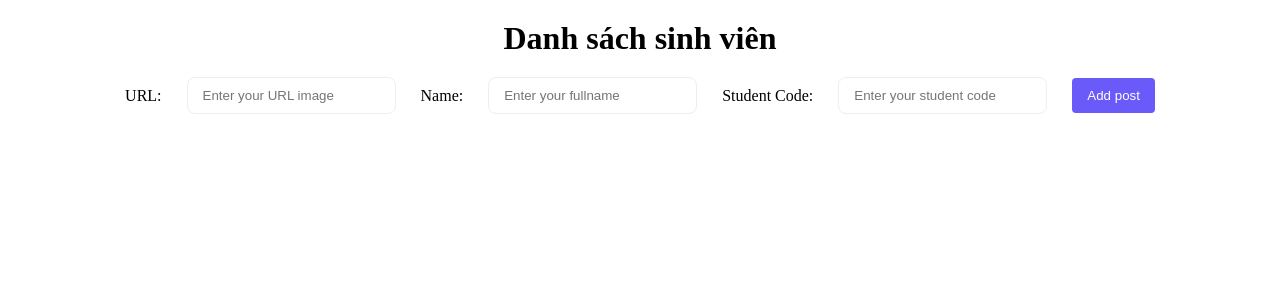
Repository: doquang195/demo-api
Page: indext.html
An editor plug-in stored every save of this project. The page is shown before and after a run of saves, followed by the edit.
The browser window is 1280 px wide. The pictures show the whole page.

Above is the page before, as saved 2023-10-04 21:49:29.

### indext.html
<!DOCTYPE html>
<html lang="en">
    <head>
        <meta charset="UTF-8" />
        <meta name="viewport" content="width=device-width, initial-scale=1.0" />
        <link rel="stylesheet" href="./reset.css" />
        <link rel="stylesheet" href="./style.css" />
        <title>Demo Rest API</title>
    </head>
    <body>
        <div>
            <h2 class="heading">Danh sách sinh viên</h2>
            <div id="list-courses"></div>
        </div>
        <form action="" class="form-post" method="post">
            <label>URL:</label>
            <input
                type="text"
                name="image"
                placeholder="Enter your URL image"
            />
            <label>Name:</label>
            <input type="text" name="name" placeholder="Enter your fullname" />
            <label>Student Code:</label>
            <input
                type="text"
                name="code"
                placeholder="Enter your student code"
            />
            <button type="submit">Add post</button>
        </form>
        <script src="./app.js"></script>
    </body>
</html>

### reset.css
html {
    box-sizing: border-box;
}
* {
    margin: 0;
    padding: 0;
}
*,
*:before,
*:after {
    box-sizing: border-box;
}
input,
textarea,
select,
button {
    outline: none;
}
input {
    line-height: normal;
}
label,
button {
    cursor: pointer;
}
a {
    text-decoration: none;
}
img {
    display: block;
    max-width: 100%;
}

### style.css
.heading {
    font-size: 32px;
    text-align: center;
    padding: 20px;
}

.form-post {
    display: flex;
    justify-content: center;
    align-items: center;
    gap: 0 25px;
}

.form-post input {
    padding: 10px 15px;
    border: 1px solid #eee;
    border-radius: 8px;
}

.form-post button {
    background-color: #6a5af9;
    color: white;
    border: 0;
    outline: none;
    padding: 10px 15px;
    border-radius: 4px;
}

### app.js
// let coursesAPI = "http://localhost:3000/courses";

// function start() {
//     getCourses(renderCourses);
//     handleCreateForm();
// }

// start();

// function getCourses(callback) {
//     fetch(coursesAPI)
//         .then((res) => res.json())
//         .then(callback);
// }

// function createCourse(data, callback) {
//     let options = {
//         method: "POST",
//         headers: {
//             "Content-Type": "application/json",
//         },
//         body: JSON.stringify(data),
//     };
//     fetch(coursesAPI, options)
//         .then((res) => res.json())
//         .then(callback);
// }

// function handleDeleteCourse(id) {
//     let options = {
//         method: "DELETE",
//         headers: {
//             "Content-Type": "application/json",
//         },
//     };
//     fetch(coursesAPI + "/" + id, options)
//         .then((res) => res.json())
//         .then(function () {
//             const courseItem = document.querySelector(".course-" + id);
//             if (courseItem) {
//                 courseItem.remove();
//             }
//         });
// }

// function renderCourses(courses) {
//     let listCourses = document.querySelector("#list-courses");
//     const htmls = courses.map(function (course) {
//         return `
//             <div class="course-${course.id}" style="width: 300px, height: 300px">
//                 <h4>${course.name}</h4>
//                 <p>${course.description}</p>
//                 <button onclick="handleDeleteCourse(${course.id})">Xoa</button>
//             </div>`;
//     });
//     listCourses.innerHTML = htmls;
// }

// function handleCreateForm() {
//     const createBtn = document.querySelector("#create");
//     createBtn.onclick = function () {
//         const name = document.querySelector('input[name="name"]').value;
//         const description = document.querySelector(
//             'input[name="description"]'
//         ).value;
//         const formData = {
//             name: name,
//             description: description,
//         };
//         createCourse(formData, function () {
//             getCourses(renderCourses);
//         });
//     };
// }
const student = {
    image: "",
    studentCode: "",
    name: "",
};

// async function addPost(title, author) {
//     const response = await fetch("http://localhost:3000/courses", {
//         method: "POST",
//         body: JSON.stringify({
//             title,
//             author,
//         }),
//         headers: {
//             "Content-type": "application/json; charset=UTF-8",
//         },
//     });
//     return response;
// }

// const formPost = document.querySelector(".form-post");
// formPost.addEventListener("submit", function (e) {
//     e.preventDefault();
//     const title = this.elements["title"].value;
//     const author = this.elements["author"].value;
//     addPost(title, author);
// });

After the next 5 saves:
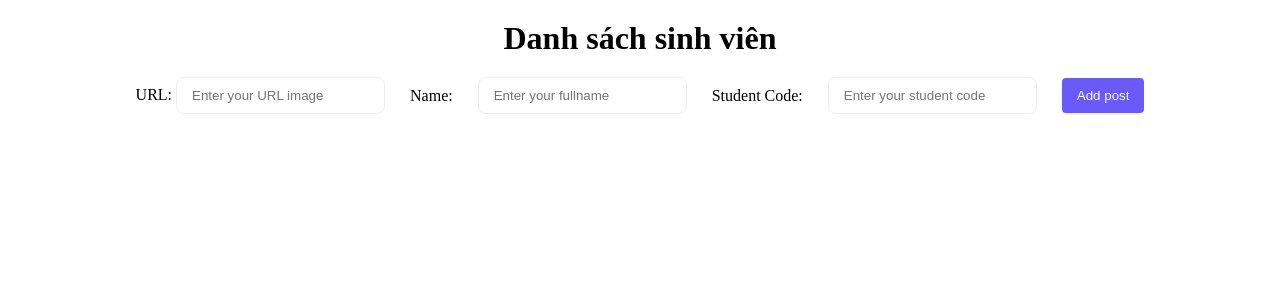
The 5 saves are shown as one change because they came seconds apart.
The last was saved 45 s later.
--- a/indext.html
+++ b/indext.html
@@ -13,12 +13,14 @@
             <div id="list-courses"></div>
         </div>
         <form action="" class="form-post" method="post">
-            <label>URL:</label>
+            <div>
+                <label>URL:</label>
             <input
                 type="text"
                 name="image"
                 placeholder="Enter your URL image"
             />
+            </div>
             <label>Name:</label>
             <input type="text" name="name" placeholder="Enter your fullname" />
             <label>Student Code:</label>
